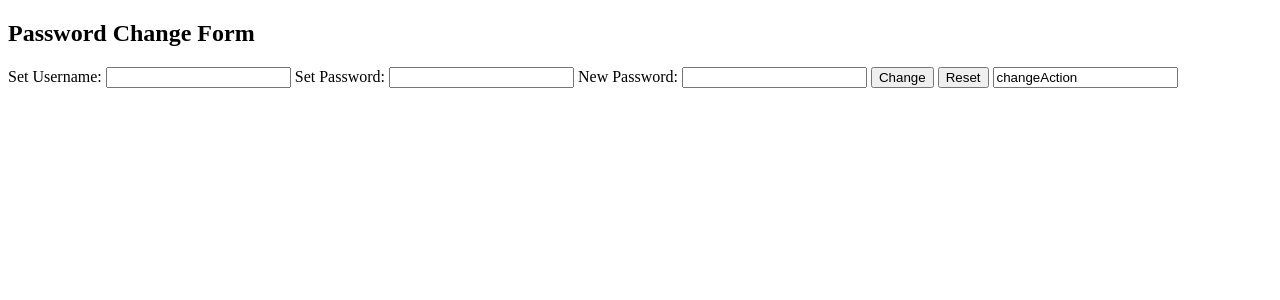
Repository: EU1182053/AdvJavaWorksSpace
Page: Servlets/src/main/webapp/Password.html
An editor plug-in stored every save of this project. The page is shown before and after the next save, followed by the edit.
The browser window is 1280 px wide. The pictures show the whole page.

Above is the page before, as saved 2022-09-03 15:18:47.

### Servlets/src/main/webapp/Password.html
<!DOCTYPE html>
<html lang="en">
<head>
    <meta charset="UTF-8">
    <meta name="viewport" content="width=device-width, initial-scale=1.0">
    <title>Registration Form</title>
</head>
<body>
    <section>
        <h1>Password Change Form</h1>
        <!--  in action attribute put path of servlet bydefault is get request -->
        <form action="UserServlet" method="post">
            <!-- text field-->



            <label for="uname">Set Username: </label>
            <input type="text" name="uname"  id="uname" minlength="3" maxlength="10" required>
            <label for="pass">Set Password: </label>
            <input type="password" name="pass" id="pass" pattern="(?=.*?[A-Z])(?=.*?[a-z])(?=.*?[0-9])(?=.*?[#?!@$%^&*-]).{8,}">
            <label for="confirmpass">New Password: </label>
            <input type="password"  name="newPass" pattern="(?=.*?[A-Z])(?=.*?[a-z])(?=.*?[0-9])(?=.*?[#?!@$%^&*-]).{8,}" required>


            <input type="submit" value="Change">
            <input type="reset">
            <input  name="act" value="changeAction">
        </form>
    </section>
</body>
</html>

After the next save:
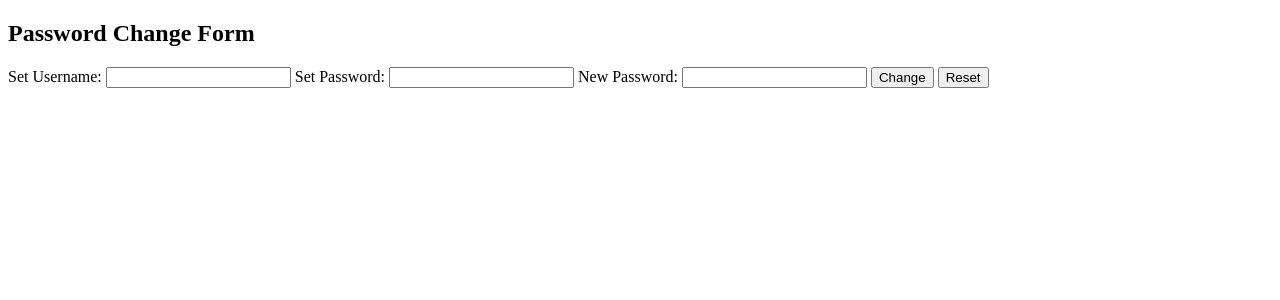
Saved 25 s later.
--- a/Servlets/src/main/webapp/Password.html
+++ b/Servlets/src/main/webapp/Password.html
@@ -24,7 +24,7 @@
 
             <input type="submit" value="Change">
             <input type="reset">
-            <input  name="act" value="changeAction">
+            <input  name="act" type="hidden" value="changeAction">
         </form>
     </section>
 </body>
